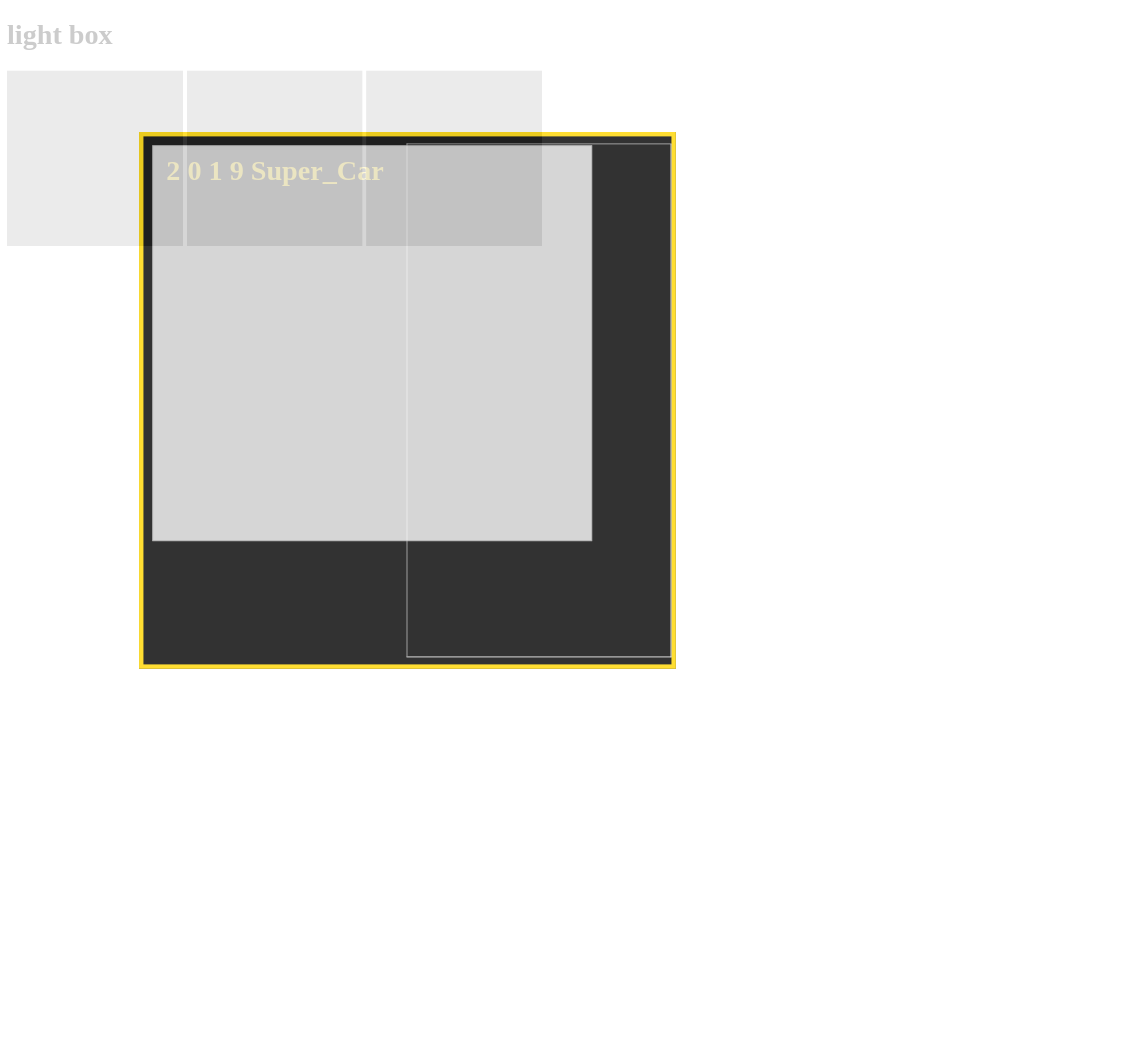
Repository: hangilyon/allJSPStudy
Page: javascript/quiz08_bigImg.html
The author's editor kept a copy of each file at every save. The page is drawn from the files as they stood at one save, then again after the next save.
The browser window is 1280 px wide. The pictures show the whole page, at 88% of full size.
Pictures or frames that could not be fetched are drawn as grey boxes.

Above is the page before, as saved 2021-10-16 05:44:07.

### javascript/quiz08_bigImg.html
<!DOCTYPE html>
<html>
<head>
<meta charset="UTF-8">
<title>quiz08</title>
</head>
<style>
#imgBox {
	position: relative;

}
#imgBox img{
	width: 200px;
	height: 200px;
	cursor: pointer;
}
#bigImg {
	width: 1200px;
	height: 1200px;
	opacity: 0.8;
	position: absolute;
	top: 0;
	background-color: white;
}
#bigImg #setbigImg {
	width: 600px;
	height: 600px;
	border: 5px solid gold;
	position: absolute;
	top: 150px;
	left: 150px;
	background-color: black;
	display: flex;
	z-index: 111;
}
#bigImg #setbigImg h1 {
	width: 100%;
	text-align: center;
	color: gold;
}
#bigImg #setbigImg hr {
	width: 100%;
}
#bigImg #setbigImg img {
	width: 500px;
	height: 450px;
	margin: 10px 10px;
}
</style>
<script type="text/javascript">
	function setImg(){
		console.log(event.target.src)
		let getSrc = event.target.src;
		let setSrc = document.getElementById('bigImg')
		let viewDiv = document.getElementById('setbigImg')
		setSrc.src = getSrc
		viewDiv.style.display = "block"
	}
</script>
<body>
	<h1>light box</h1>
	<div id="imgBox">
		<img src="resources/images/car01.png" id="img1" onclick="setImg()"> <img src="resources/images/car02.png" id="img2" onclick="setImg()"> <img src="resources/images/car03.png" id="img3" onclick="setImg()">
	</div>
	<div id="bigImg">
		<div id="setbigImg">
			<h1>2 0 1 9 Super_Car</h1>
			<hr>
			<img id="bigImg">
		</div>
	</div>
</body>
</html>

After the next save:
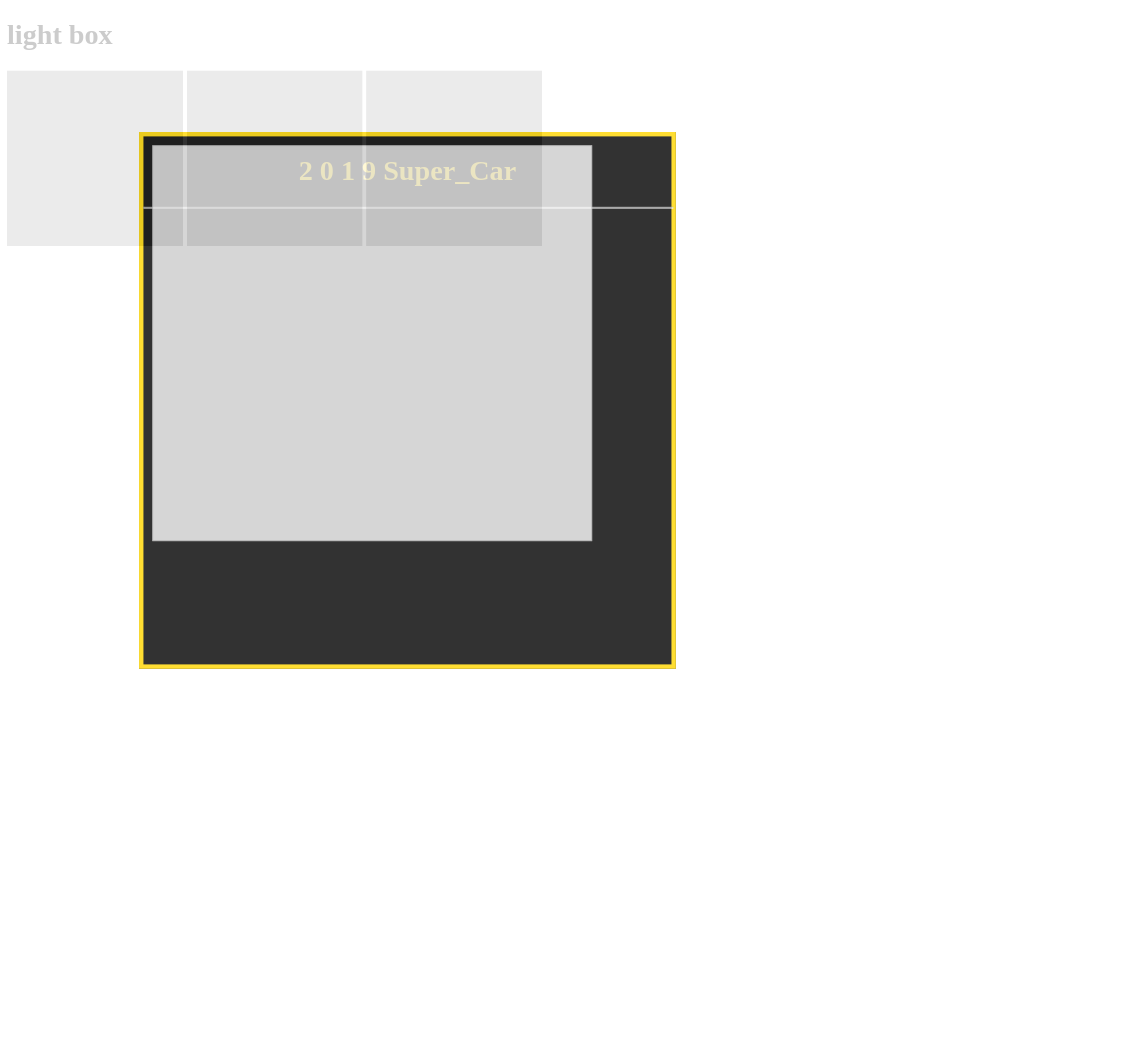
Saved 6 s later.
--- a/javascript/quiz08_bigImg.html
+++ b/javascript/quiz08_bigImg.html
@@ -30,7 +30,6 @@
 	top: 150px;
 	left: 150px;
 	background-color: black;
-	display: flex;
 	z-index: 111;
 }
 #bigImg #setbigImg h1 {
